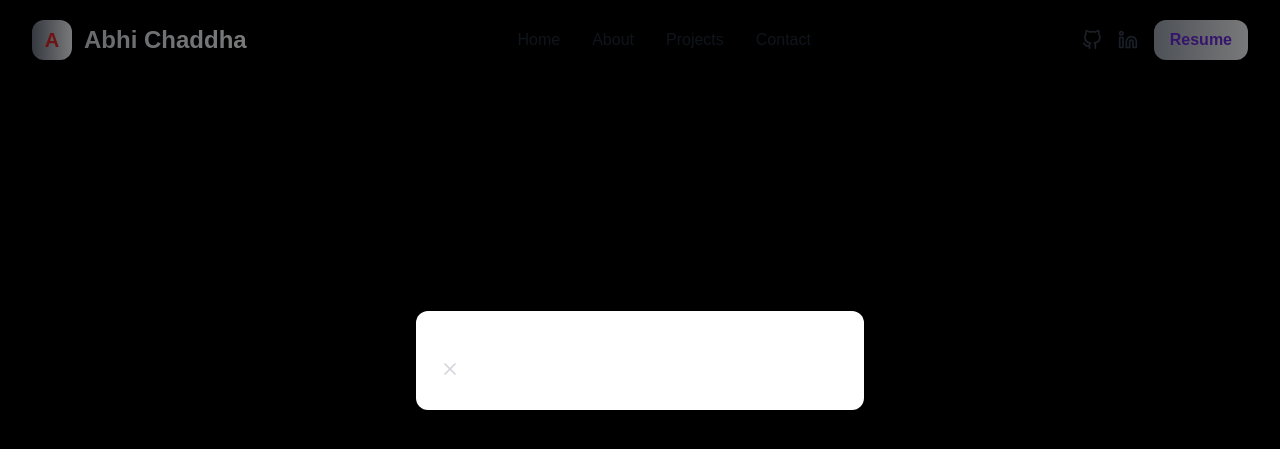
Repository: 532ab/portfolio-website
Page: /, after clicking the first element matching `button.ml-4`
These files come from the project's save history. The page is drawn as it stood at one moment and after a run of saves; the edit follows.
The browser window is 1280 px wide. The pictures show the whole page.
The project was rebuilt for these pictures with package versions that can differ from the ones it lists, and the page was loaded fresh each time. Also part of the build but not shown: vite.config.js.

Above is the page before, as saved 2026-01-25 13:22:24.

### src/index.css
@tailwind base;
@tailwind components;
@tailwind utilities;

body {
  overflow-x: hidden;
  font-family: Arial, Helvetica, sans-serif;
  margin: 0;
  padding: 0;
  width: 100%;
  position: relative;
  background-color: black;
  color: white;

}

### src/App.jsx
import Header from "./components/Header"

export default function App() {
  return (
    <>
      <Header />
    </>
  )
}

### src/components/Header.jsx
import { motion } from "framer-motion";
import { a } from "framer-motion/client";
import { FiGithub,FiLinkedin, FiMenu, FiX } from "react-icons/fi";
import { useState } from "react";

const Header = () => {
    // Toggle the Menu open/close
    const[isOpen, setIsOpen] = useState(false);
    const toggleMenu = () => setIsOpen(!isOpen);

    // State to track if the contact form is open
    const [contactFormOpen, setContactFormOpen] = useState(false);
    const openContactForm = () => setContactFormOpen(true)
    const closeContactForm = () => setContactFormOpen(false)
  return (
    <header className="absolute w-full z-50 transition-all duration-300">
        <div className = "container mx-auto px-4 sm:px-6 lg:px-8 flex items-center justify-between h-16 md:h-20">
            {/* Logo/Name */}
            <motion.div
             initial = {{ opacity: 0, x: -100}}
             animate = {{ opacity: 1, x: 0}}
             transition = {{
                type: "spring",
                stiffness: 100,
                damping: 25,
                delay: 0.3,
                duration: 1.3,
            }}
            className = "flex items-center">
                <div className = "h-10 w-10 rounded-xl bg-gradient-to-r from-gray-500 to-gray-100 flex items-center justify-center text-red-600 font-bold text-xl mr-3">
                    A
                </div>

                <span className = "text-2xl font-bold bg-gradient-to-r from-gray-300 to-gray-100 bg-clip-text text-transparent">
                    Abhi Chaddha
                </span>

            </motion.div>

        {/* Desktop Navigation */}
        <nav className = "lg:flex hidden space-x-8">
            {["Home", "About", "Projects", "Contact"].map((item,
                index) => (
                    <motion.a
                    key = {item}
                    initial = {{ opacity: 0, y:-20}}
                    animate = {{ opacity: 1, y: 0}}
                    transition = {{
                        type: "spring",
                        stiffness: 100,
                        damping: 20,
                        delay: 1.4,
                    }}
                    className = "relative text-gray-800 dark:text-gray-200 hover:violet-600 dark:hover:text-violet-400 font-medium transition-colors duration-300 group"
                    href = "#">
                        {item}
                        <span className="absolute bottom-0 left-0 w-0 h-0.5 bg-violet-600 group-hover:w-full transition-all duration-300">

                        </span>
                    </motion.a>

                ))}
            </nav>
            {/* Social Icons - Desktop */}
            <div className = "md:flex hidden items-center space-x-4">
                    <motion.a
                    initial = {{opacity: 0, scale: 0.5}}
                    animate= {{opacity: 1, scale: 1}}
                    transition = {{delay: 1.3, duration: 0.8}}
                        className = "text-gray-700 dark:text-gray-300 hover:text-violet-600 dark:hover:text-violet-400 transition-colors" href = "#">
                        <FiGithub className = "w-5 h-5">

                        </FiGithub>
                    </motion.a>
                     <motion.a
                    initial = {{opacity: 0, scale: 0.5}}
                    animate= {{opacity: 1, scale: 1}}
                    transition = {{delay: 1.3, duration: 0.8}}
                        className = "text-gray-700 dark:text-gray-300 hover:text-blue-600 dark:hover:text-blue-400 transition-colors duration-300" href = "#">
                        <FiLinkedin className = "w-5 h-5">

                        </FiLinkedin>
                    </motion.a>
                    {/* Resume button */}
                <motion.button
                    onClick = {openContactForm}
                    intial = {{ opacity: 0, scale: 0.8}}
                    animate = {{opacity: 1, scale: 1}}
                    transition = {{ delay: 1.6, duration: 0.8, type: "spring", stiffness: 100, damping: 15,}}
                    className = "ml-4 px-4 py-2 rounded-xl bg-gradient-to-r from-gray-400 to-gray-100 text-violet-700 font-bold hover:from-violet-700 hover:to-purple-700 hover:text-white transition-all duration-500">
                        Resume
                </motion.button>
            </div>
            {/* Mobile Menu Button */}
            <div className = "md:hidden flex items-center">
                <motion.button
                whileTap = {{scale: 0.7}}
                onClick = {toggleMenu}
                className = "text-gray-300">
                    { isOpen ? <FiX className = "h-6 wi-6" /> : <FiMenu className = "h-6 w-6" />}
                </motion.button>

            </div>
        </div>
        {/* Mobile Menu */}
        <motion.div
        initial = {{opacity: 0, height: 0 }}
        animate = {{ opacity: isOpen ? 1 : 0,
            height: isOpen ? "auto" : 0, }}
            transition = {{duration: 0.5}}
             className = "md:hidden overflow-hidden bg-white dark:bg-gray-900 shadow-lg px-4 py-5 space-y-5">
            <nav className = "flex flex-col space-y-3">
                {["Home", "About", "Projects", "Contact" ].map((item) =>
                (
                    <a
                    onClick = {toggleMenu}
                    className = "text-gray-300 font-medium py-2"
                    key = {item} href ="#">
                        {item}
                    </a>
                ))}
            </nav>
            <div className = "pt-4 border-t border-gray-200 dakr:border-gray-700">
                <div className = "flex space-x-5">
                    <a href = "#">
                        <FiGithub className = "h-4 w-5 text-gray-300" />
                    </a>
                    <a href = "#">
                        <FiLinkedin className = "h-4 w-5 text-gray-300" />
                    </a>
                    <button
                    onClick = {() => {
                        toggleMenu()
                     }} className = "mt-4 block w-full px-4 py-2 rounded-lg bg-gradient-to-r from-violet-600 to-violet-400 font-bold">
                        Contact Me
                    </button>
                    </div>

            </div>
        </motion.div>

        {/* Contact Form */}
        {contactFormOpen && (
            <motion.div
            initial = {{ opacity: 0}}
            animate = {{ opacity: 1}}
            exit = {{opacity: 0}}
            transition = {{duration: 0.5}}
            className = "fixed inset-0 bg-black/50 background-blur-sm z-50 flex items-center justify-center p-4"
             onClick = {closeContactForm}>

                <div className = "bg-white dark:bg-gray-800 rounded-xl shadow-xl w-full max-w-md p-6">
                    <h1 classname = "text-2xl font-bold text-gray-900 dark:text-white">
                        Get In Touch
                    </h1>

                    <button
                    onClick = {closeContactForm}>
                        <FiX className = "w-5 h-5 text-gray-300 font-extrabold" />
                    </button>
                </div>
            </motion.div>
        )}
    </header>
  )
}

export default Header

Loaded but not shown: index.html (common file); src/main.jsx (common file); tailwind.config.js (common file)

After the next 2 saves:
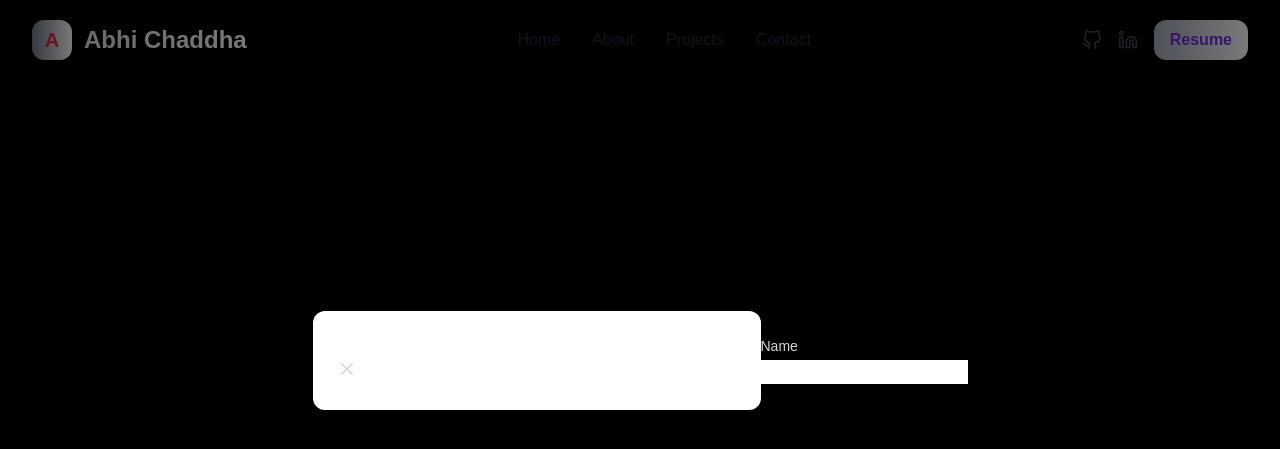
The 2 saves are shown as one change because 1 did not build or start.
The last was saved 2 min 6 s later.
--- a/src/components/Header.jsx
+++ b/src/components/Header.jsx
@@ -159,6 +159,19 @@
                         <FiX className = "w-5 h-5 text-gray-300 font-extrabold" />
                     </button>
                 </div>
+                {/* Input Form */}
+                <form className = "space-y-4">
+                    <div>
+                        <label htmlFor = "name" className = "block text-sm font-medium text-gray-300 mb-1">
+                            Name
+                        </label>
+                        <input
+                        type = "text"
+                        id = "name" />
+
+                    </div>
+
+                </form>
             </motion.div>
         )}
     </header>
